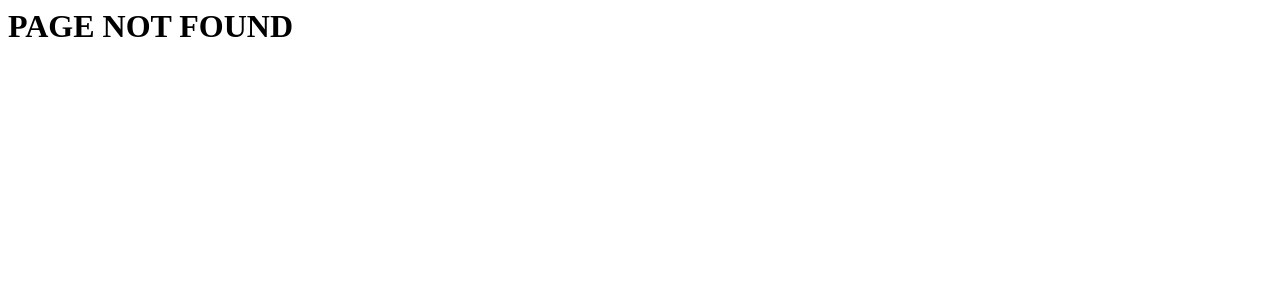
Repository: munmun2011/code
Page: http://localhost/
These files come from the project's save history. The page is drawn as it stood at one moment and after the next save; the edit follows.
The browser window is 1280 px wide. The pictures show the whole page.
The page is run by PHP 8.4 with error messages shown; the project is at /var/www/html/.

Above is the page before, as saved 2023-04-23 23:05:10.

After the next save:
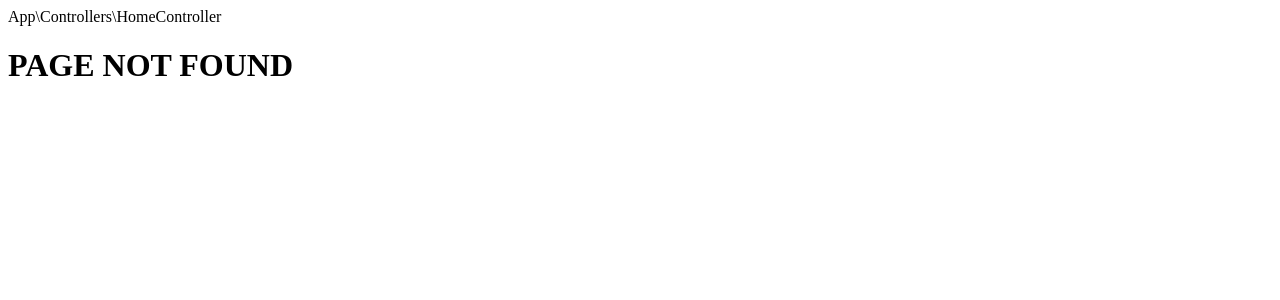
Saved 92 s later.
--- a/routes/web.php
+++ b/routes/web.php
@@ -4,6 +4,7 @@
 use Core\Route;
 use App\Controllers\HomeController;
 use App\Controllers\ProductController;
+echo HomeController::class;
 // Route::get('/',function (){
 //   return 'Xin chao trang chu';
 // });

After the save that followed:
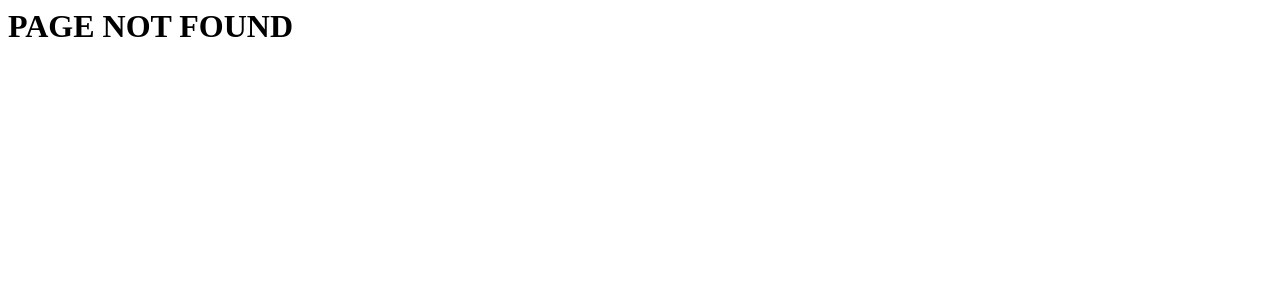
Saved 7 s later.
--- a/routes/web.php
+++ b/routes/web.php
@@ -4,7 +4,6 @@
 use Core\Route;
 use App\Controllers\HomeController;
 use App\Controllers\ProductController;
-echo HomeController::class;
 // Route::get('/',function (){
 //   return 'Xin chao trang chu';
 // });
